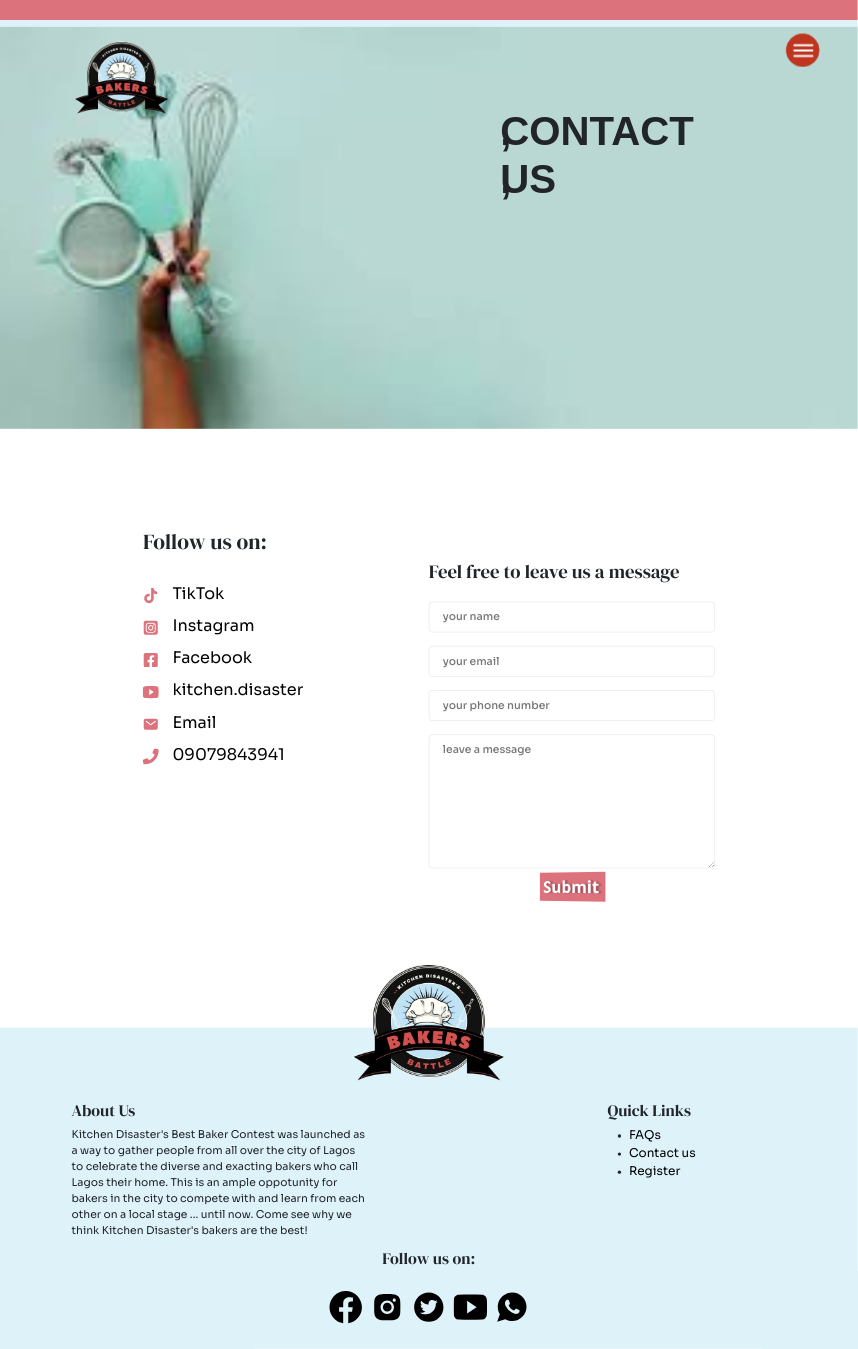
Repository: sarahnnanyelugo/bakers-battle
Page: /contact
An editor plug-in stored every save of this project. The page is shown before and after the next save, followed by the edit.
The browser window is 1280 px wide. The pictures show the whole page, at 67% of full size.
The project was rebuilt for these pictures with package versions that can differ from the ones it lists, and the page was loaded fresh each time. Also part of the build but not shown: src/components/ScreenSlide/slide.scss, src/components/ScreenSlide/ScreenSlide.js, src/pages/Home/home.scss, src/pages/Home/Home.js, src/components/Title.js, src/components/FAQAccord/faq-accord.scss, src/components/FAQAccord/FAQAccord.js, src/pages/FAQ/faq.scss and 9 more.

Above is the page before, as saved 2024-07-17 01:23:59.

After the next save:
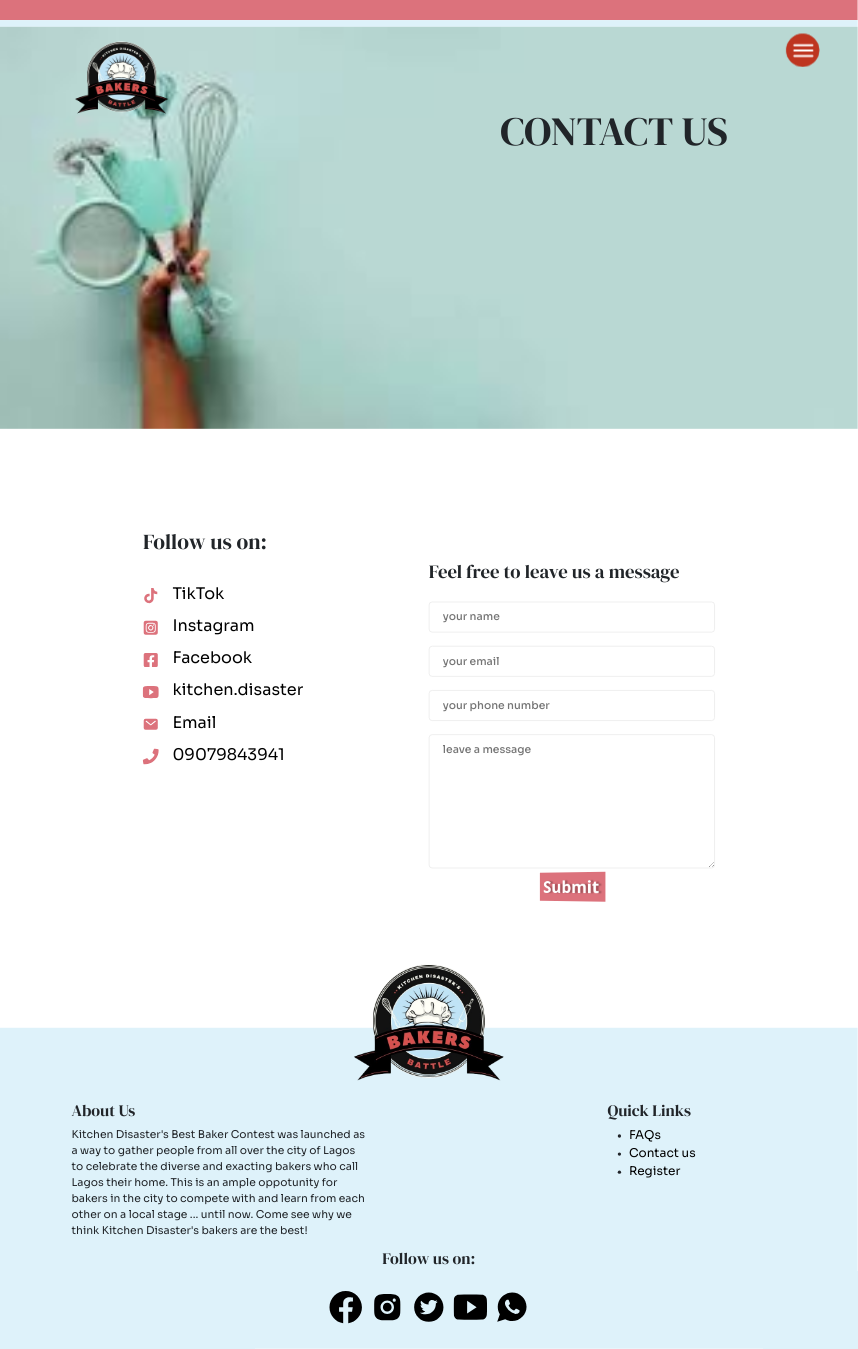
Saved 76 s later.
--- a/src/pages/ContactPage/Contact.js
+++ b/src/pages/ContactPage/Contact.js
@@ -14,9 +14,7 @@
       <div className="contact-div">
         <div className="offset-md-7">
           {" "}
-          <h1 class="cool">
-            <span data-text=",">CONTACT US</span>
-          </h1>
+          <h1>CONTACT US</h1>
         </div>
       </div>
 
